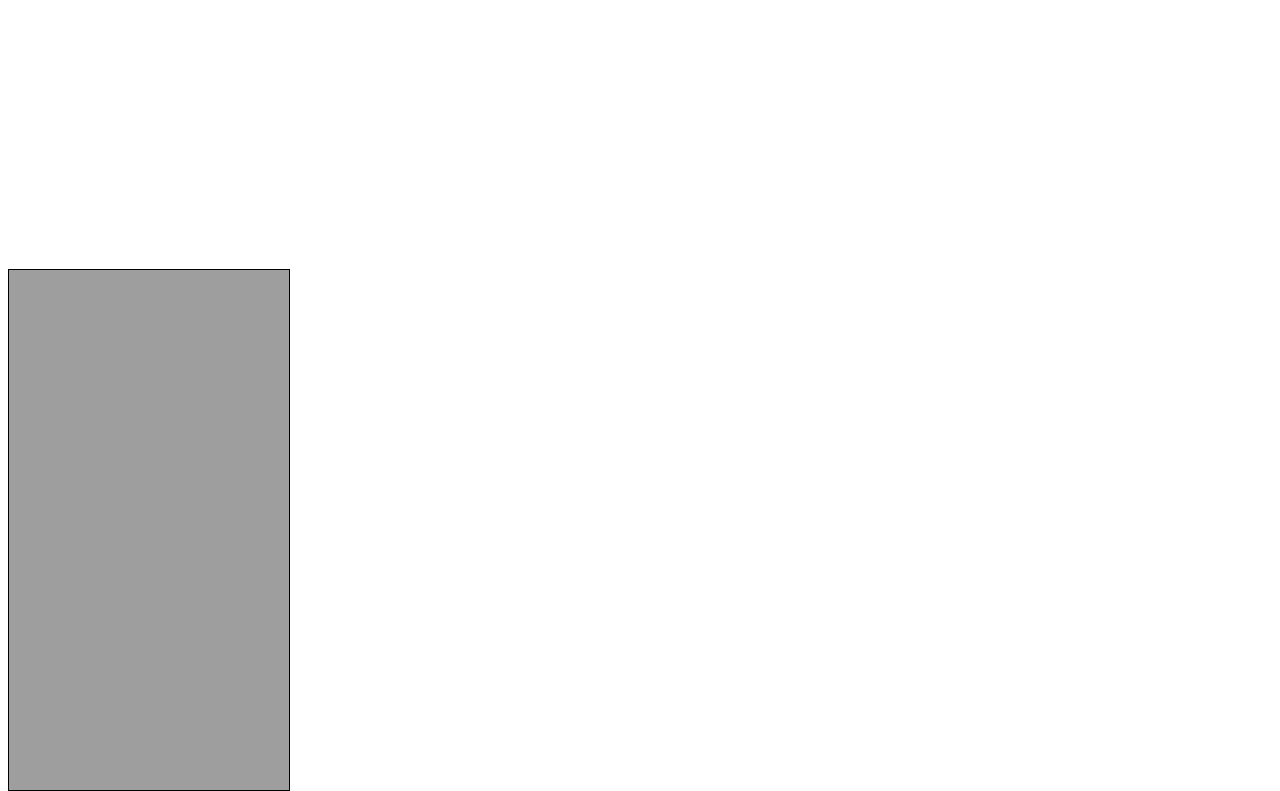
Repository: Tranduchieu2002/FlappyBird
Page: Flappy.html
The author's editor kept a copy of each file at every save. The page is drawn from the files as they stood at one save, then again after the next save.
The browser window is 1280 px wide. The pictures show the whole page.

Above is the page before, as saved 2021-09-14 15:06:00.

After the next save:
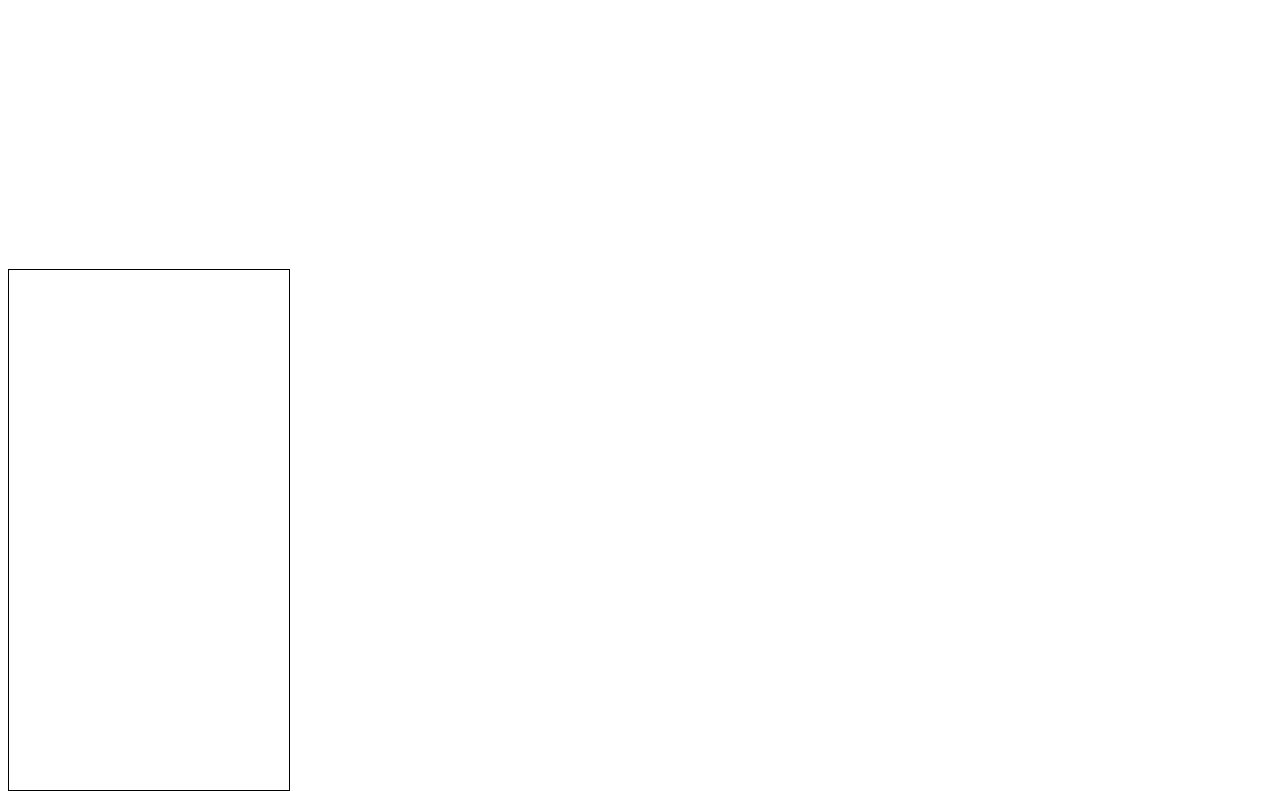
Console error: ReferenceError: hc is not defined
Saved 2 min 3 s later.
--- a/index.js
+++ b/index.js
@@ -25,6 +25,7 @@
   ctx.drawImage(pipeNorth, 100, 0);
   ctx.drawImage(bg, 0, 0);
   ctx.drawImage(bird, 0, 0, 50, 50);
+  ctx.drawImage(pipeSouth,0,hc-fg.height-hPassForCg)
   ctx.drawImage(fg, 0, hC - fg.height);
   requestAnimationFrame(draw);
 })();

After the save that followed:
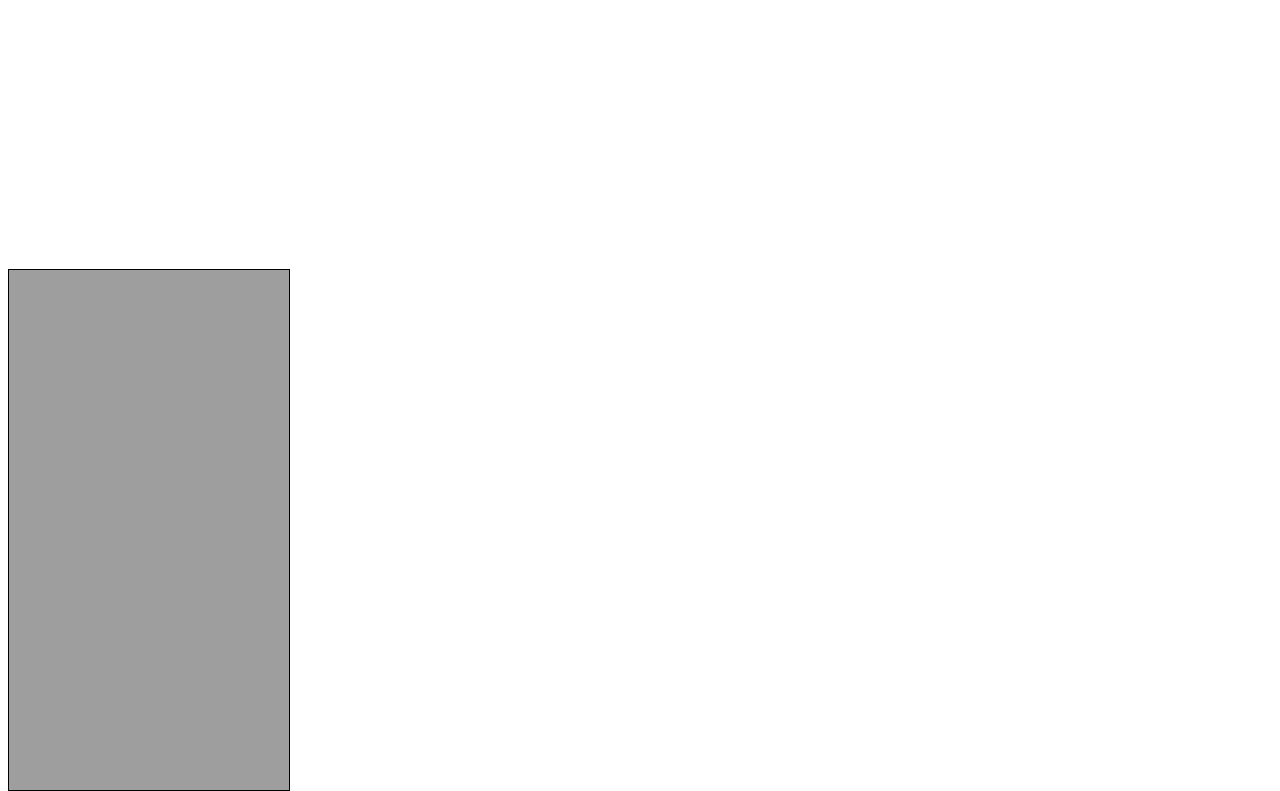
The error is gone.
Saved 42 s later.
--- a/index.js
+++ b/index.js
@@ -25,7 +25,7 @@
   ctx.drawImage(pipeNorth, 100, 0);
   ctx.drawImage(bg, 0, 0);
   ctx.drawImage(bird, 0, 0, 50, 50);
-  ctx.drawImage(pipeSouth,0,hc-fg.height-hPassForCg)
+  ctx.drawImage(pipeSouth,0,hC-fg.height-hPassForCg)
   ctx.drawImage(fg, 0, hC - fg.height);
   requestAnimationFrame(draw);
 })();
